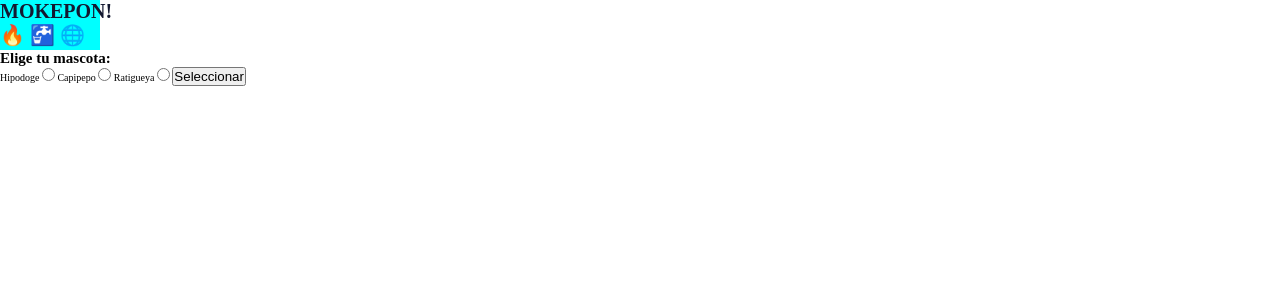
Repository: elto82/juegoMokepon
Page: mokepon/mokepon.html
An editor plug-in stored every save of this project. The page is shown before and after the next save, followed by the edit.
The browser window is 1280 px wide. The pictures show the whole page.

Above is the page before, as saved 2022-07-25 14:51:11.

After the next save:
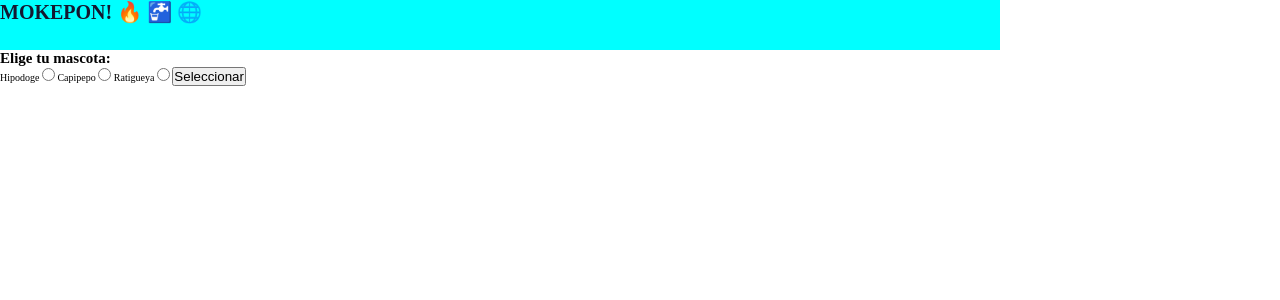
Saved 19 s later.
--- a/mokepon/css/styles.css
+++ b/mokepon/css/styles.css
@@ -10,7 +10,7 @@ html{
 
 .title{
   color: #141830;
-  width: 10rem;
+  width: 100rem;
   height: 5rem;
   background-color: aqua;
 }
